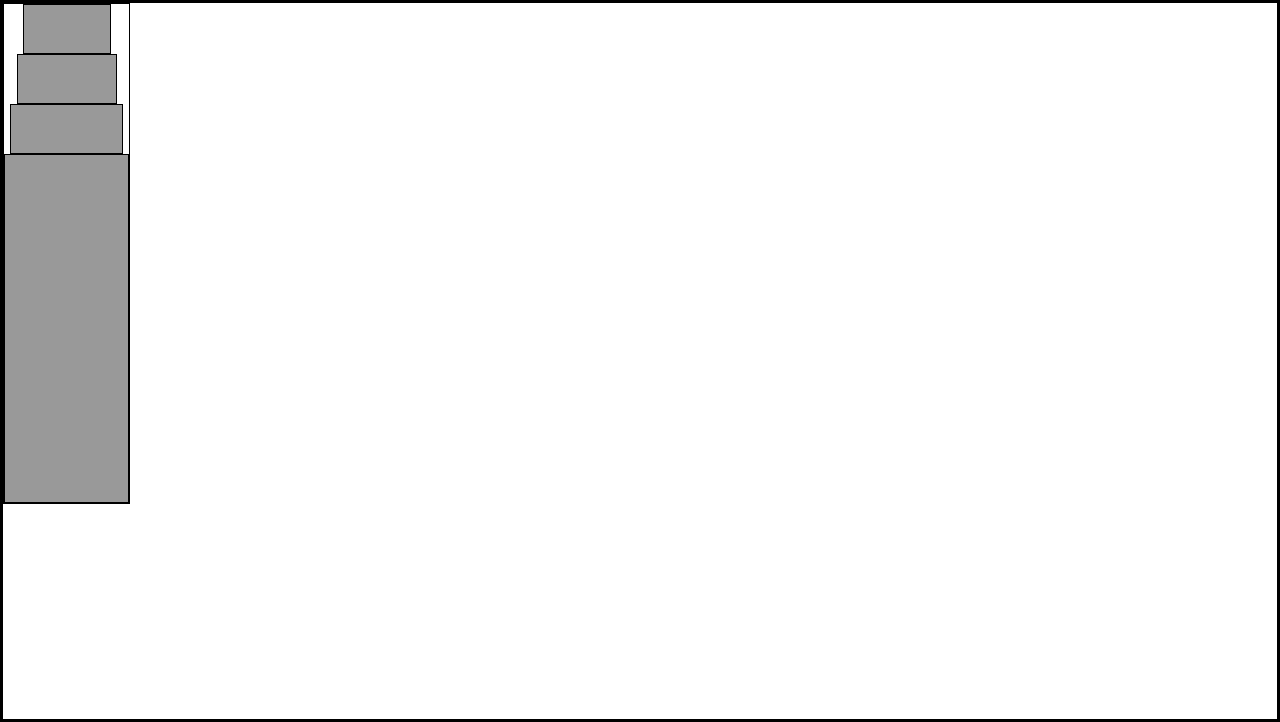
Repository: Lungdjos/city_skyline
Page: index.html
An editor plug-in stored every save of this project. The page is shown before and after the next save, followed by the edit.
The browser window is 1280 px wide. The pictures show the whole page.

Above is the page before, as saved 2023-12-11 09:31:29.

After the next save:
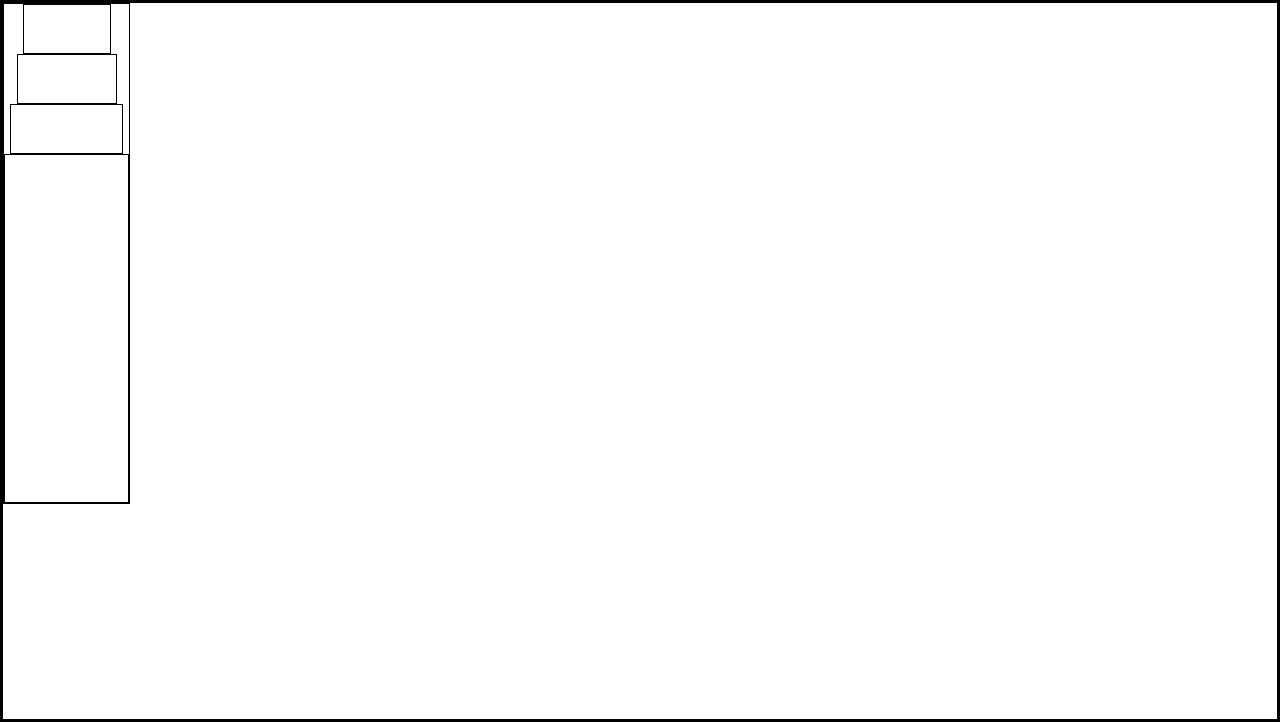
Saved 43 s later.
--- a/styles.css
+++ b/styles.css
@@ -20,7 +20,7 @@ body {
     display: flex;
     flex-direction: column;
     align-items: center;
-    --building-color1: #999;
+    --building-color1: #a;
 }
 
 .bb1a {
